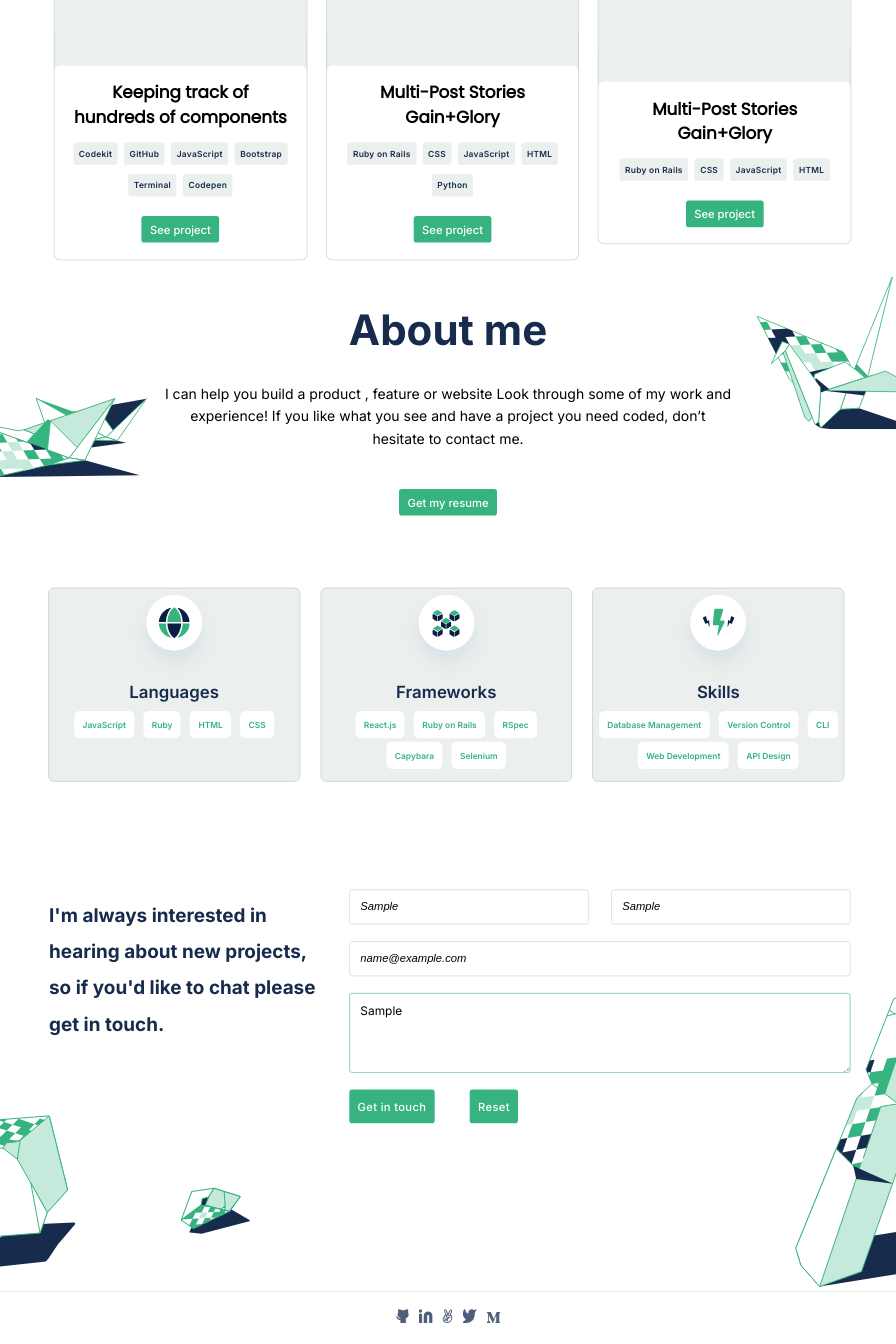
Repository: Salimer/old-Portfolio
Page: index.html
These files come from the project's save history. The page is drawn as it stood at one moment and after the next save; the edit follows.
The browser window is 1280 px wide. The pictures show the part of the page from y = 1961 to 3881 px (the page is 3881 px tall), at 70% of full size.
Empty fields were first filled with sample values (such as "Sample", 5 or name@example.com).
After loading, the first visible `#first-name` was changed once.

Above is the page before, as saved 2023-04-13 16:46:43.

After the next save:
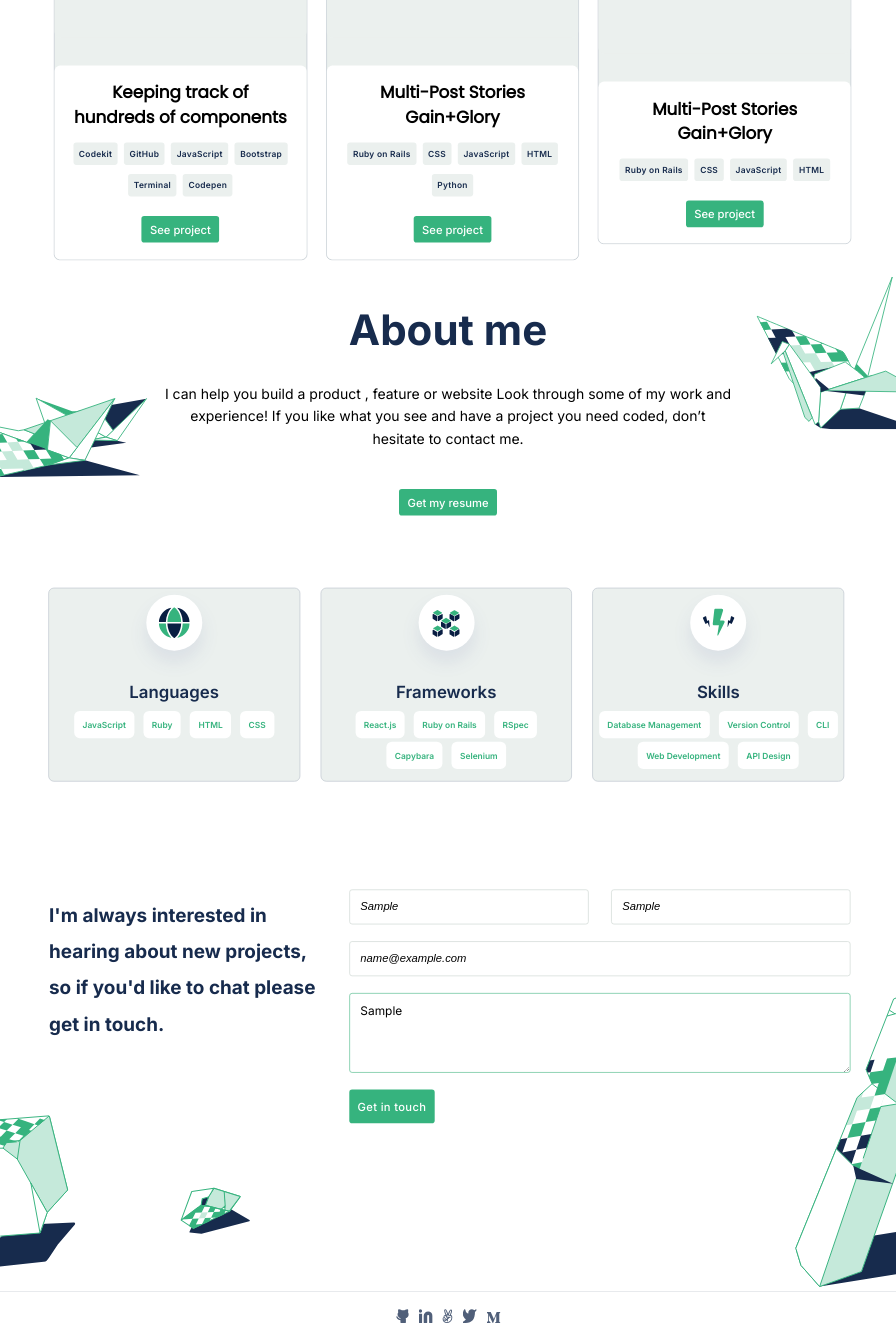
Saved 30 s later.
--- a/script.js
+++ b/script.js
@@ -75,7 +75,8 @@
 firstNameInput.addEventListener("input", () => {
   formObj.firstName = firstNameInput.value;
   localStorage.setItem('formStorage', JSON.stringify(formObj));
-  reset.classList.add('show');
+  if (fullNameInput.value !== "") reset.classList.add('show');
+  else reset.classList.remove('show');
 });
 
 lastNameInput.addEventListener("input", () => {

After the 6 saves that followed:
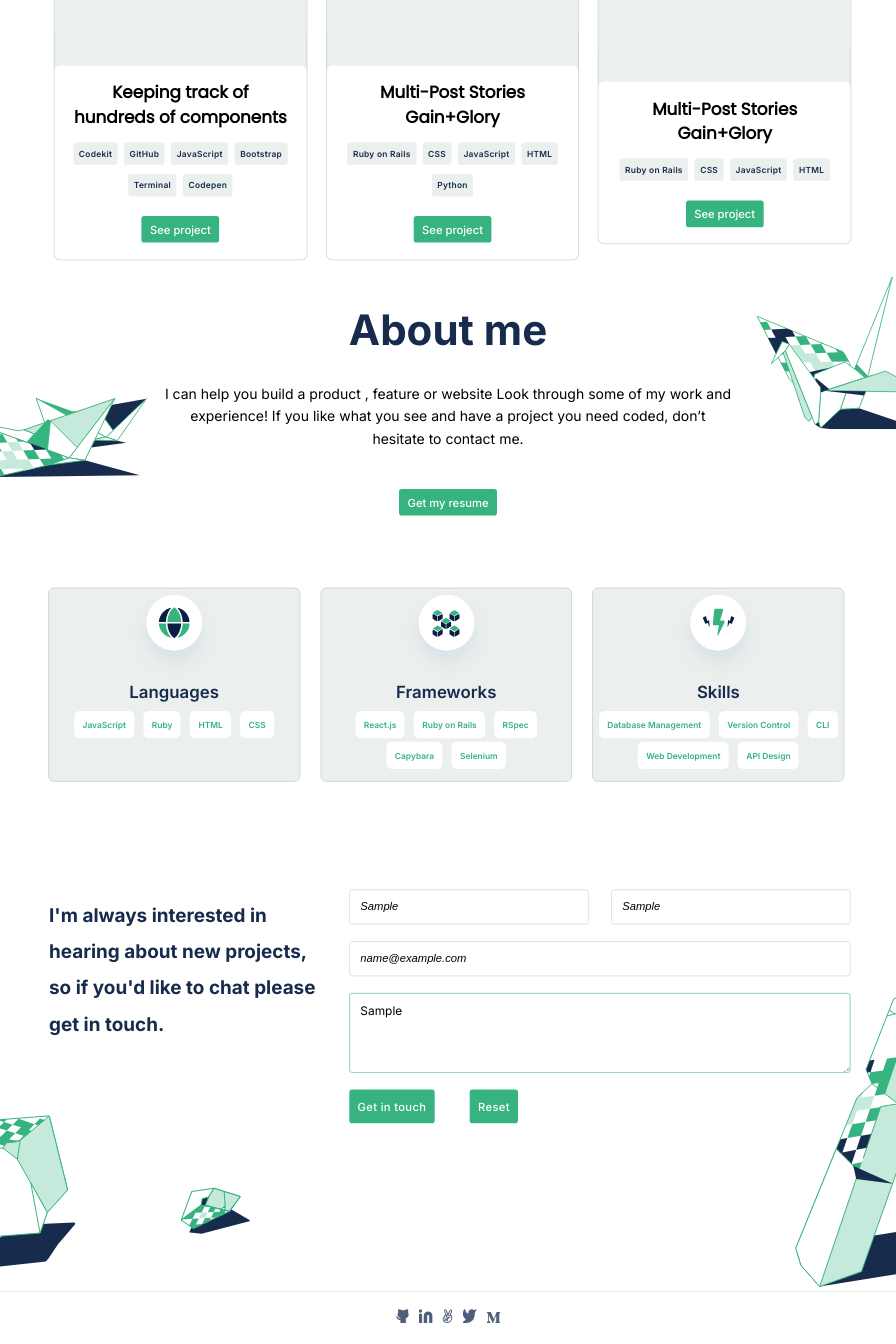
The 6 saves are shown as one change because 3 left the picture as it was and some came seconds apart.
The last was saved 81 s later.
--- a/script.js
+++ b/script.js
@@ -75,26 +75,29 @@
 firstNameInput.addEventListener("input", () => {
   formObj.firstName = firstNameInput.value;
   localStorage.setItem('formStorage', JSON.stringify(formObj));
-  if (fullNameInput.value !== "") reset.classList.add('show');
+  if (firstNameInput.value !== "") reset.classList.add('show');
   else reset.classList.remove('show');
 });
 
 lastNameInput.addEventListener("input", () => {
   formObj.lastName = lastNameInput.value;
   localStorage.setItem('formStorage', JSON.stringify(formObj));
-  reset.classList.add('show');
+  if (fullNameInput.value !== "") reset.classList.add('show');
+  else reset.classList.remove('show');
 });
 
 emailInput.addEventListener("input", () => {
   formObj.email = emailInput.value;
   localStorage.setItem('formStorage', JSON.stringify(formObj));
-  reset.classList.add('show');
+  if (fullNameInput.value !== "") reset.classList.add('show');
+  else reset.classList.remove('show');
 });
 
 messageInput.addEventListener("input", () => {
   formObj.message = messageInput.value;
   localStorage.setItem('formStorage', JSON.stringify(formObj));
-  reset.classList.add('show');
+  if (fullNameInput.value !== "") reset.classList.add('show');
+  else reset.classList.remove('show');
 })
 
 reset.addEventListener("click", () => {
